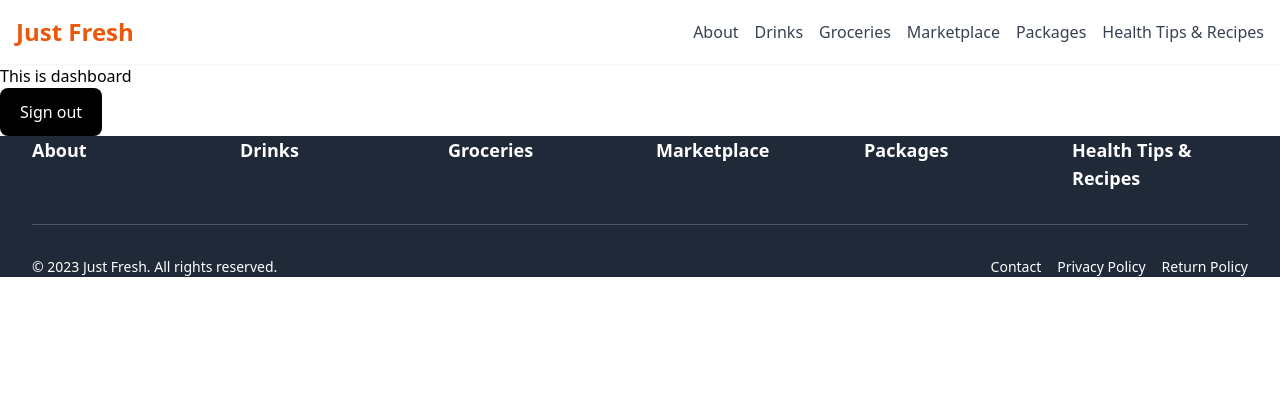
Repository: buzzedison/justfreshnew
Page: /dashboard
An editor plug-in stored every save of this project. The page is shown before and after the next save, followed by the edit.
The browser window is 1280 px wide. The pictures show the whole page.
The project was rebuilt for these pictures with package versions that can differ from the ones it lists, and the page was loaded fresh each time. The framework's server and built-in components were replaced by stand-ins that run in the browser. Also part of the build but not shown: svelte.config.js, vite.config.js.

Above is the page before, as saved 2023-04-04 11:57:44.

### src/routes/+layout.svelte
<script>
  import "../app.css";

  import Navbar from "../components/Navbar.svelte";
  import Footer from "../components/Footer.svelte";
</script>

<div>
  <Navbar />
  <slot />
  <Footer />
</div>

### src/routes/dashboard/+page.svelte
<script>
  import { authHandlers } from "$stores/store.js";

  async function handleSignOut() {
    try {
      await authHandlers.logout();
      // Redirect or perform any other action after signing out
    } catch (error) {
      console.error("Error signing out:", error);
    }
  }
</script>

<div>
  <h1>This is dashboard</h1>

  <button
    class="bg-black py-3 px-5 text-white rounded-lg"
    on:click={handleSignOut}>Sign out</button
  >
</div>

### src/components/Navbar.svelte
<!-- src/components/Navbar.svelte -->
<nav class="bg-white shadow-sm">
  <div class="container mx-auto px-4">
    <div class="flex items-center justify-between py-4">
      <div class="text-2xl font-bold text-orange-600">Just Fresh</div>
      <ul class="flex items-center space-x-4 text-gray-700">
        <li>
          <a href="/" class="hover:text-orange-600"> About </a>
        </li>
        <li>
          <a href="/juices" class="hover:text-orange-600"> Drinks </a>
        </li>
        <li>
          <a href="/groceries" class="hover:text-orange-600"> Groceries </a>
        </li>
        <li>
          <a href="/marketplace" class="hover:text-orange-600"> Marketplace </a>
        </li>
        <li>
          <a href="/packages" class="hover:text-orange-600"> Packages </a>
        </li>
        <li>
          <a href="/contact" class="hover:text-orange-600">
            Health Tips & Recipes
          </a>
        </li>
      </ul>
    </div>
  </div>
</nav>

### src/components/Footer.svelte
<script>
  // You can add any necessary script here
</script>

<footer class="bg-gray-800 text-white px-8 py-15">
  <div class="container mx-auto">
    <div class="grid grid-cols-1 md:grid-cols-6 gap-8 mb-8">
      <div class="font-semibold text-lg">About</div>
      <div class="font-semibold text-lg">Drinks</div>
      <div class="font-semibold text-lg">Groceries</div>
      <div class="font-semibold text-lg">Marketplace</div>
      <div class="font-semibold text-lg">Packages</div>
      <div class="font-semibold text-lg">Health Tips & Recipes</div>
    </div>
    <hr class="border-gray-600" />
    <div class="flex flex-wrap justify-between mt-8 text-sm">
      <div>
        &copy; {new Date().getFullYear()} Just Fresh. All rights reserved.
      </div>
      <div class="flex flex-wrap gap-4 mt-4 md:mt-0">
        <a href="/contact" class="hover:text-gray-300">Contact</a>
        <a href="/privacy-policy" class="hover:text-gray-300">Privacy Policy</a>
        <a href="/return-policy" class="hover:text-gray-300">Return Policy</a>
      </div>
    </div>
  </div>
</footer>

<style>
  /* Add any necessary custom styles here */
</style>

Loaded but not shown: src/app.html (common file); src/app.css (common file); tailwind.config.cjs (common file)

After the next save:
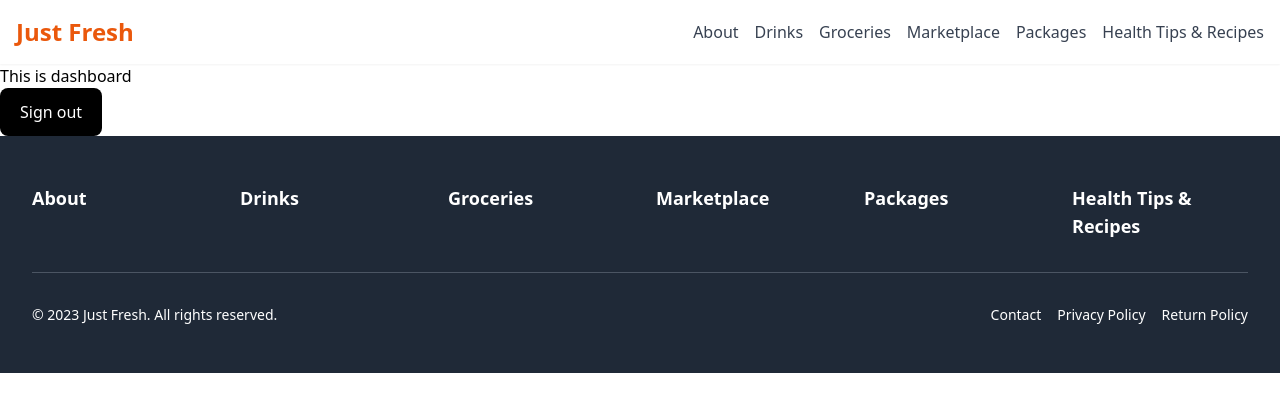
Saved 44 s later.
--- a/src/components/Footer.svelte
+++ b/src/components/Footer.svelte
@@ -2,7 +2,7 @@
   // You can add any necessary script here
 </script>
 
-<footer class="bg-gray-800 text-white px-8 py-15">
+<footer class="bg-gray-800 text-white px-8 py-12">
   <div class="container mx-auto">
     <div class="grid grid-cols-1 md:grid-cols-6 gap-8 mb-8">
       <div class="font-semibold text-lg">About</div>
